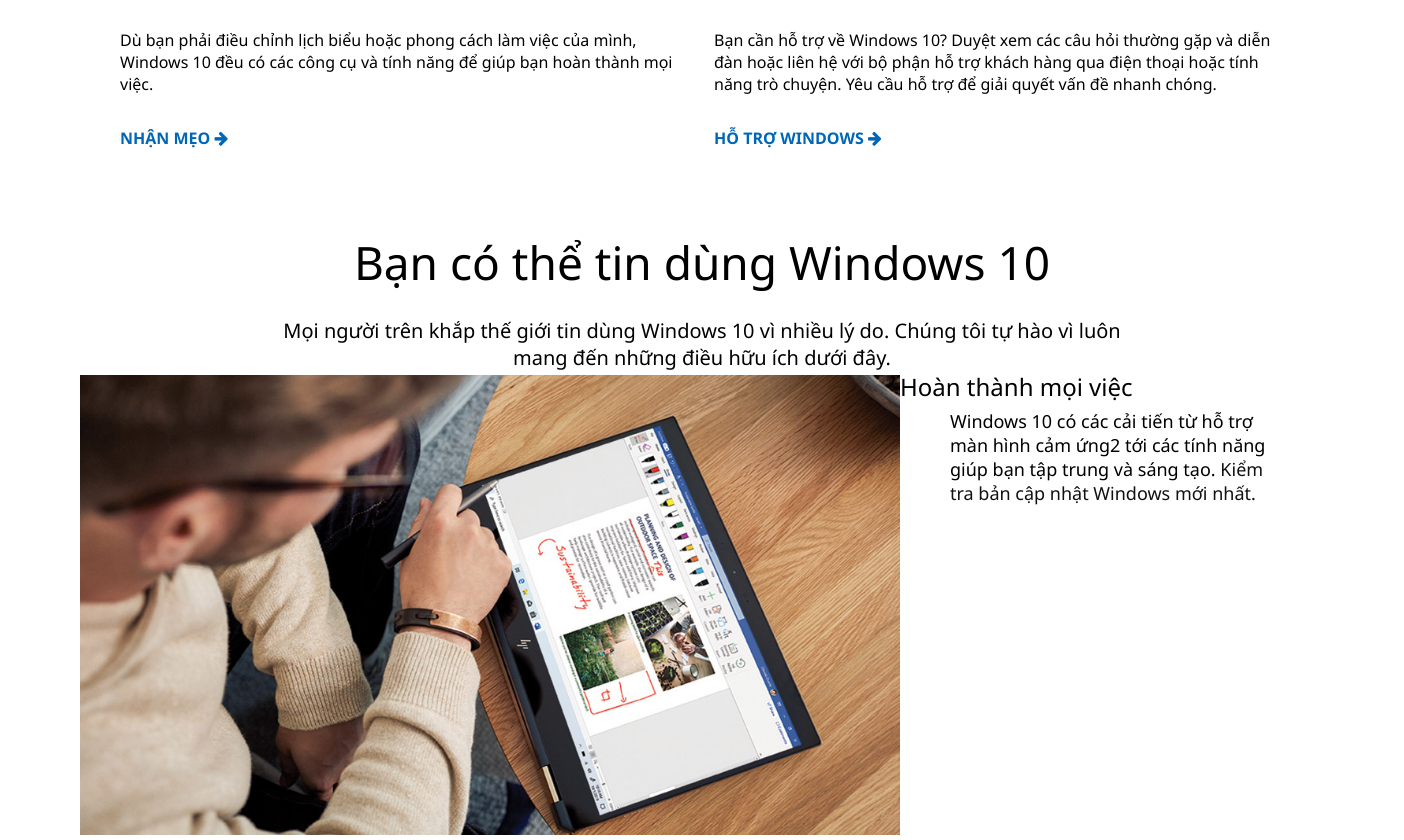
Repository: hoangphuong965/clone-Microsoft---practice
Page: index.html
An editor plug-in stored every save of this project. The page is shown before and after a run of saves, followed by the edit.
The browser window is 1280 px wide. The page is 1404 px wide, so the pictures cover 1404 px, including what lies to the right of the window. The pictures show the part of the page from y = 1235 to 2075 px (the page is 2075 px tall).

Above is the page before, as saved 2020-06-10 21:02:39.

After the next 2 saves:
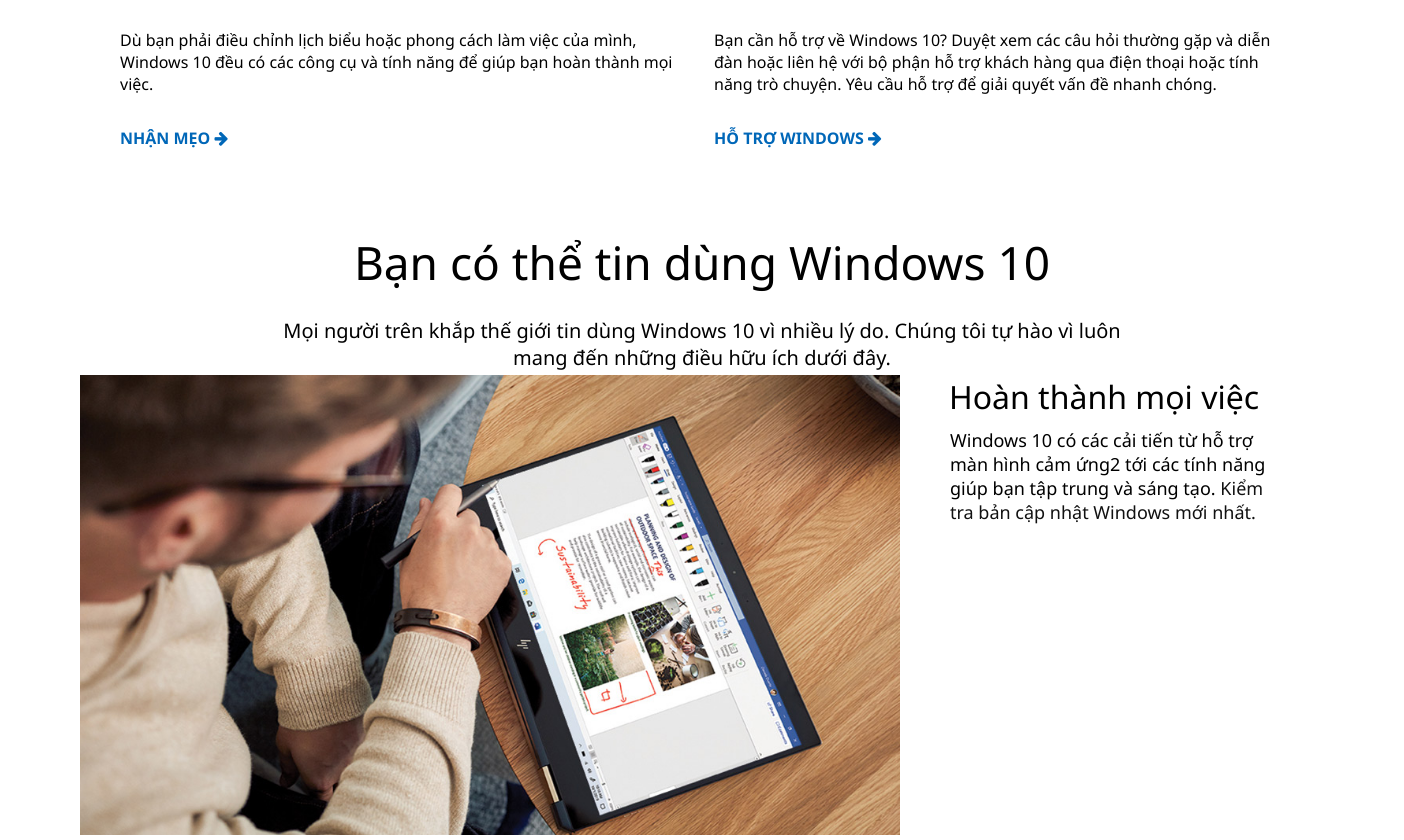
The 2 saves are shown as one change because they came seconds apart.
The last was saved 2 min 0 s later.
--- a/style.css
+++ b/style.css
@@ -158,8 +158,9 @@
 }
 .feature-text-right h2 {
   text-align: left;
-  line-height: 24px;
-  font-weight: 200;
+  font-weight: 350;
+  padding: 0px 0px 0px 49px;
+  font-size: 2em;
 }
 .feature-text-right p {
   padding: 10px 50px;
